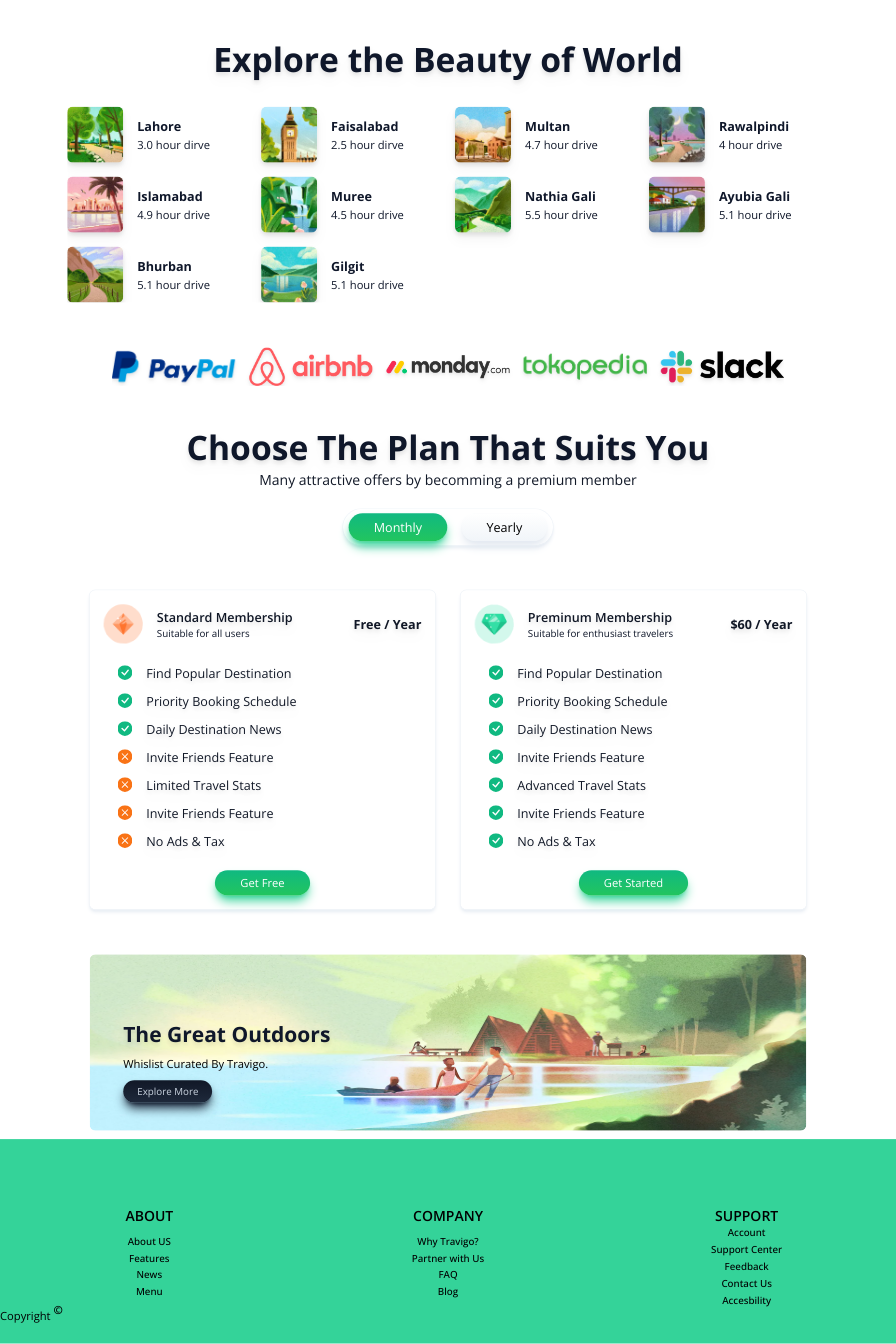
Repository: ThiAlbani83/travigo-travel-app
Page: /
These files come from the project's save history. The page is drawn as it stood at one moment and after the next save; the edit follows.
The browser window is 1280 px wide. The pictures show the part of the page from y = 1575 to 3495 px (the page is 3495 px tall), at 70% of full size.
The project was rebuilt for these pictures with package versions that can differ from the ones it lists, and the page was loaded fresh each time. Also part of the build but not shown: vite.config.js.

Above is the page before, as saved 2023-03-22 10:54:02.

### src/main.jsx
import React from 'react'
import ReactDOM from 'react-dom/client'
import App from './App'
import './index.css'
import { BrowserRouter } from 'react-router-dom'

ReactDOM.createRoot(document.getElementById('root')).render(
  <React.StrictMode>
    <BrowserRouter>
      <App />
    </BrowserRouter>

  </React.StrictMode>,
)

### src/App.jsx
import React from 'react'
import { Navbar, Hero, Footer, Memory, Explore, Advertise, Pricings, Banner } from './components'
import { hero, navlinks, memory, placesAPI, brands, pricingapi, bannerAPI, footerAPI } from './data/travigodata'

const App = () => {
  return (
    <>
      <Navbar navlinks={navlinks} />
      <Hero hero={hero} />
      <Memory memory={memory} />
      <Explore title='Explore the Beauty of World' placesAPI={placesAPI} />
      <Advertise brands={brands} />
      <Pricings pricingapi={pricingapi}/>
      <Banner bannerAPI={bannerAPI} />
      <Footer footerAPI={footerAPI} />
    </>
  )
}

export default App

### src/index.css
@import url('https://fonts.googleapis.com/css2?family=Open+Sans:wght@300;400;500;600;700;800&display=swap');

@tailwind base;
@tailwind components;
@tailwind utilities;

@layer base {
    *{
        margin: 0;
        padding: 0;
        font-family: 'Open Sans', sans-serif;
    }

    .scroll-hidden::-webkit-scrollbar{
        display: none !important;
    }


    .travigo-container {
        @apply w-[85vw] xl:w-[95vw] m-auto
    }


    .button-emerald {
        @apply bg-gradient-to-b from-emerald-500 to-green-500 shadow-lg shadow-emerald-400 rounded-full
        text-lg sm:text-sm px-9 py-1.5 transition-all duration-200 active:scale-90 text-white sm:w-48
    }

    .button-light {
        @apply bg-gradient-to-b from-white to-slate-100 shadow-lg rounded-full
        text-lg sm:text-sm px-9 py-1.5 transition-all duration-200 active:scale-90 text-black sm:w-48
    }

    .drop-shadow-emerald{
        filter: drop-shadow(0.1rem 0.1rem 1rem rgba(74 222 128 / 80%));
    }


    .showpopup {
        opacity: 1;
        visibility: visible;
        transform: skewY(0deg) translateY(10px);
    }

    .noshowpopup {
        opacity: 0;
        visibility: hidden;
        transform: skewY(3deg) translateY(-30px);
    }


}

### src/components/index.js
export { default as Navbar } from "./Navbar.jsx";
export { default as Hero } from "./Hero.jsx";
export { default as Memory } from "./Memory.jsx";
export { default as Explore } from "./Explore.jsx";
export { default as Advertise } from "./Advertise.jsx";
export { default as Pricings } from "./Pricings.jsx";
export { default as Banner } from "./Banner.jsx";
export { default as Footer } from "./Footer.jsx";

### src/data/travigodata.js
import dashboard from "../images/dashboard.png";
import memoryimg from "../images/memory.png";

import brand1 from "../images/brand1.png";
import brand2 from "../images/brand2.png";
import brand3 from "../images/brand3.png";
import brand4 from "../images/brand4.png";
import brand5 from "../images/brand5.png";

import place1 from "../images/img1.webp";
import place2 from "../images/img2.webp";
import place3 from "../images/img3.webp";
import place4 from "../images/img4.webp";
import place5 from "../images/img5.jpg";
import place6 from "../images/img6.webp";
import place7 from "../images/img7.webp";
import place8 from "../images/img8.webp";
import place9 from "../images/img9.webp";
import place10 from "../images/img10.webp";

import standardicon from "../images/standardicon.png";
import preminumicon from "../images/preminum.png";
import checkbox from "../images/checkbox.svg";
import uncheckbox from "../images/uncheckbox.svg";

import facebook from "../images/facebook.svg";
import instagram from "../images/instagram.svg";
import twitter from "../images/twitter.svg";
import youtube from "../images/youtube.svg";

import banner from "../images/banner.webp";

export const brands = [
  { iconSrc: brand1 },
  { iconSrc: brand2 },
  { iconSrc: brand3 },
  { iconSrc: brand4 },
  { iconSrc: brand5 },
];

export const navlinks = [
  { link: "Home", id: "home" },
  { link: "About", id: "about" },
  { link: "Explore", id: "explore" },
  { link: "Pricing", id: "pricing" },
  { link: "Contact", id: "contact" },
];

export const hero = {
  title: "Its a Gig World Out",
  subtitle: "Then, Go Explore",
  text: "We provide you always your dream places. We always make our customer happy by proving many choices.",
  btn1: "Get Started",
  btn2: "Get Demo",
  img: dashboard,
};

export const memory = {
  title: "Sweet Memories",
  subtitle: "Come To Life Again",
  text: "What we have always taken care for 10 years is always prioritizing the comfort of our users. So, do not our quality.",
  img: memoryimg,
  experience: [
    { number: "10", title: "Year Experience" },
    { number: "400", title: "Year Collaboration" },
    { number: "30k+", title: "Happy Customer" },
  ],
};

export const placesAPI = [
  { placeImg: place1, location: "Lahore", distance: "3.0 hour dirve" },
  { placeImg: place2, location: "Faisalabad", distance: "2.5 hour dirve" },
  { placeImg: place3, location: "Multan", distance: "4.7 hour drive" },
  { placeImg: place4, location: "Rawalpindi", distance: "4 hour drive" },
  { placeImg: place5, location: "Islamabad", distance: "4.9 hour drive" },
  { placeImg: place6, location: "Muree", distance: "4.5 hour drive" },
  { placeImg: place7, location: "Nathia Gali", distance: "5.5 hour drive" },
  { placeImg: place8, location: "Ayubia Gali", distance: "5.1 hour drive" },
  { placeImg: place9, location: "Bhurban", distance: "5.1 hour drive" },
  { placeImg: place10, location: "Gilgit", distance: "5.1 hour drive" },
];

export const pricingapi = {
  title: "Choose The Plan That Suits You",
  text: "Many attractive offers by becomming a premium member",
  btn1: "Monthly",
  btn2: "Yearly",
  plans: [
    {
      planicon: standardicon,
      title: "Standard Membership",
      text: "Suitable for all users",
      plantype: "Free / Year",
      plancontent: [
        { iconbox: checkbox, text: "Find Popular Destination" },
        { iconbox: checkbox, text: "Priority Booking Schedule" },
        { iconbox: checkbox, text: "Daily Destination News" },
        { iconbox: uncheckbox, text: "Invite Friends Feature" },
        { iconbox: uncheckbox, text: "Limited Travel Stats" },
        { iconbox: uncheckbox, text: "Invite Friends Feature" },
        { iconbox: uncheckbox, text: "No Ads & Tax" },
      ],
      buttonText: "Get Free",
    },
    {
      planicon: preminumicon,
      title: "Preminum Membership",
      text: "Suitable for enthusiast travelers",
      plantype: "$60 / Year",
      plancontent: [
        { iconbox: checkbox, text: "Find Popular Destination" },
        { iconbox: checkbox, text: "Priority Booking Schedule" },
        { iconbox: checkbox, text: "Daily Destination News" },
        { iconbox: checkbox, text: "Invite Friends Feature" },
        { iconbox: checkbox, text: "Advanced Travel Stats" },
        { iconbox: checkbox, text: "Invite Friends Feature" },
        { iconbox: checkbox, text: "No Ads & Tax" },
      ],
      buttonText: "Get Started",
    },
  ],
};

export const bannerAPI = {
  title: "The Great Outdoors",
  text: "Whislist Curated By Travigo.",
  imgSrc: banner,
  btnText: "Explore More",
};

export const footerAPI = {
  titles: [{ title: "About" }, { title: "Company" }, { title: "Support" }],
  links: [
    [
      { link: "About US" },
      { link: "Features" },
      { link: "News" },
      { link: "Menu" },
    ],
    [
      { link: "Why Travigo?" },
      { link: "Partner with Us" },
      { link: "FAQ" },
      { link: "Blog" },
    ],
    [
      { link: "Account" },
      { link: "Support Center" },
      { link: "Feedback" },
      { link: "Contact Us" },
      { link: "Accesbility" },
    ],
  ],
  sociallinks: [
    { icon: facebook },
    { icon: instagram },
    { icon: twitter },
    { icon: youtube },
  ],
};

### src/components/Navbar.jsx
import React, { useState } from 'react'
import { NavLink } from 'react-router-dom'
import logo from '../images/logo.png'
import menu from '../images/menu.svg'
import PopupMenu from './PopupMenu'

const Navbar = ({ navlinks }) => {

  const [popupState, setPopupState] = useState(false)
  const onTriggerPopup = () => setPopupState(!popupState)

  return (
    <>
      <header className='flex items-center justify-center w-auto h-auto absolute top-7 left-0 right-0'>
        <nav className='flex items-center justify-between travigo-container'>
          <NavLink to={'/'} className='flex items-center' >
            <img src={logo} alt="logo/img" className=' w-20 h-9 object-fill' />
          </NavLink>
          <ul className='flex items-center lg:hidden gap-7'>
            {navlinks?.map((val, index) => (
              <li key={index}>
                <NavLink to={'#'} className='text-lg text-slate-900'>{val.link}</NavLink>
              </li>
            ))}
          </ul>
          <ul className='flex items-center lg:hidden'>
            <li><button type='button' className='button-emerald px-7 text-base py-1'>Join Us</button></li>
          </ul>
          <ul className='hidden lg:flex items-center'>
            <li>
              <button
              onClick={onTriggerPopup}
              type='button' className='flex items-center justify-center transition-all duration-200 active:scale-90 cursor-pointer'>
                <img src={menu} alt="menu/svg" className='object-cover shadow-sm filter' />
              </button>
            </li>
          </ul>
        </nav>
      </header>
      <PopupMenu navlinks={navlinks} popupState={popupState}/>
    </>
  )
}

export default Navbar

### src/components/Hero.jsx
import React from 'react'

const Hero = ({hero: {title, subtitle, btn1, btn2, text, img}}) => {
  return (
    <>
      <div className='flex flex-col bg-gradient-to-b from-emerald-200 to-white h-auto w-auto'>
        <div className='travigo-container grid items-start justify-items-center'>
          <div className='grid items-center justify-items-center mt-36 mb-16 md:mt-28 md:mb-12'>
            <h1 className='text-7xl font-bold lg:text-6xl md:text-5xl sm:text4xl xsm:text-3xl text-black filter drop-shadow-lg'>{title}</h1>
            <h1 className='text-7xl font-bold lg:text-6xl md:text-5xl sm:text4xl xsm:text-3xl text-black filter drop-shadow-lg'>{subtitle}</h1>
            <p className='text-base my-5 text-center sm:text-sm'>{text}</p>
            <div className='flex items-center justify-center gap-11 sm:gap-3 sm:flex-col sm:w-full'>
              <button type='button' className='button-emerald'>{btn1}</button>
              <button type='button' className='button-light'>{btn2}</button>
            </div>
          </div>
          <div className='flex items-center justify-center mb-11'>
            <img src={img} alt="dashboard/img" className='h-[85vh] w-full object-fill lg:h-[75vh] md:h-[57vh] sm:h-[35vh]
            sm:object-contain drop-shadow-emerald'/>
          </div>
        </div>
      </div>
    </>
  )
}

export default Hero

### src/components/Memory.jsx
import React from 'react'

const Memory = ({memory: {title, text, subtitle, img, experience}}) => {
  return (
    <>
        <div className='relative my-16 md:mb-7'>
            <div className='travigo-container flex items-center justify-between gap-16 xl:gap-9 lg:flex-col-reverse'>
                <div className='flex items-center justify-start lg:justify-center w-full max-w-md'>
                    <img src={img} alt="memory/img" className='w-auto h-[55vh] object-fill' />
                </div>
                <div className='grid items-center w-full max-w-2xl lg:text-center'>
                    <h1 className=' text-5xl lg:text-4xl md:text-3xl text-slate-900 filter drop-shadow-lg'>{title}</h1>
                    <h1 className=' text-5xl lg:text-4xl md:text-3xl text-slate-900 filter drop-shadow-lg'>{subtitle}</h1>
                    <p className='text-base my-5 sm:text-sm'>{text}</p>
                    <div className='grid items-center grid-cols-3 gap-7 xl:gap-3'>
                        {experience?.map((val, index) => (
                            <div key={index} className='bg-gradient-to-b from-emerald-500 to-green-300 shadow-lg
                            shadow-emerald-200 rounded-lg h-auto w-auto flex items-center justify-center
                            flex-col text-slate-900 py-7 px-5 xl:p-5 filter cursor-pointer hover:scale-105  duration-300 transition-all'>
                                <h1 className='text-3xl xl:text-2xl sm:text-xl font-bold drop-shadow-lg'>
                                    {val.number}
                                </h1>
                                <p className='text-lg xl:text-base sm:text-sm xsm:text-xs font-medium'>
                                    {val.title}
                                </p>
                            </div>
                        ))}
                    </div>
                </div>
            </div>
        </div>
    </>
  )
}

export default Memory

### src/components/Explore.jsx
import React from 'react'

const Explore = ({ title, placesAPI }) => {
    return (
        <>
            <div className='relative my-7 md:mt-3'>
                <div className='travigo-container'>
                    <div className='flex items-center justify-center text-center mb-11 md:mb-7'>
                        <h1 className='text-5xl lg:text-4xl md:text-3xl sm:text-2xl xsm:text-xl font-bold filter drop-shadow-lg text-slate-900'>{title}</h1>
                    </div>
                    <div className='grid items-center grid-cols-4 lg:grid-cols-3 md:grid-cols-2 gap-5 overflow-hidden'>
                        {placesAPI?.map((val, index) => (
                            <div key={index} className='flex items-center gap-5 sm:gap-3 rounded-lg hover:bg-emerald-300 transition-all duration-300 cursor-pointer hover:scale-105'>
                                <div className='flex items-center'>
                                    <img src={val.placeImg}
                                    alt={val.location}
                                    className='w-20 h-20 sm:w-16 sm:h-16 rounded-lg filter drop-shadow-lg'/>
                                </div>
                                <div className='flex items-start flex-col text-slate-900'>
                                    <h1 className='text-lg sm:text-sm font-bold'>{val.location}</h1>
                                    <p className='font-normal lg:text-sm text-base sm:text-xs'>{val.distance}</p>
                                </div>
                            </div>
                        ))}
                    </div>
                </div>
            </div>
        </>
    )
}

export default Explore

### src/components/Advertise.jsx
import React from 'react'

const Advertise = ({brands}) => {
  return (
    <>
        <div className='my-16 lg:my-7 w-9/12 lg:w-[85vw] m-auto flex items-center justify-between
        xl:gap-7 overflow-x-scroll scroll-smooth scroll-hidden'>
            {brands?.map((val, index) => (
                <img key={index}
                className='w-44 h-auto object-fill xl:w-36 lg:w-32 hover:scale-105 transition-all duration-300 cursor-pointer filter drop-shadow-md'
                src={val.iconSrc} alt='brands/icon'/>
            ))}
        </div>
    </>
  )
}

export default Advertise

### src/components/Pricings.jsx
import React from 'react'
import PriceCard from './PriceCard'

const Pricings = ({ pricingapi: { title, text, btn1, btn2, plans } }) => {
    return (
        <>
            <div className='my-16 relative'>
                <div className='travigo-container'>
                    <div className='grid items-center justify-items-center mb-11 md:mb-7 text-center gap-2'>
                        <h1 className='text-5xl lg:text-4xl md:text-3xl sm:text-2xl xsm:text-xl font-bold filter
                        drop-shadow-lg text-slate-900'>{title}</h1>
                        <p className='text-xl lg:text-sm text-gray-900'>{text}</p>
                        <div className='ring-1 ring-slate-100 rounded-full py-1.5 px-2 flex items-center justify-between gap-5 my-5 shadow-md shadow-slate-200'>
                            <button type='button' className='button-emerald sm:w-auto'>{btn1}</button>
                            <button type='button' className='button-light sm:w-auto shadow-slate-200 bg-slate-100'>{btn2}</button>
                        </div>
                    </div>
                    <div className='grid items-center grid-cols-2 md:grid-cols-1 w-full max-w-5xl md:max-w-md gap-9 lg:gap-5 m-auto'>
                        {plans?.map((plan, index) => (
                            <PriceCard key={index} plans={plan} />
                        ))}
                    </div>
                </div>
            </div>
        </>
    )
}

export default Pricings

### src/components/Banner.jsx
import React from 'react'

const Banner = ({bannerAPI: {title, text, btnText, imgSrc}}) => {
    return (
        <>
            <div className='relative w-full max-w-5xl mx-auto mt-0 mb-3 xl:w-[95vw] rounded-lg overflow-hidden'>
                <div className='relative flex items-center'>
                    <img src={imgSrc} alt="banner/api" className='h-[35vh] w-full rounded-lg'/>
                </div>
                <div className='absolute top-24 left-12 w-full flex flex-col items-start md:items-center md:justify-center md:left-0
                md:top-14 gap-3'>
                    <h1 className='text-3xl font-bold text-slate-900 drop-shadow-lg filter'>{title}</h1>
                    <p className='text-base sm:text-sm'>{text}</p>
                    <button type='button' className='py-1.5 px-5 bg-gradient-to-b from-gray-900 to-slate-800 text-slate-300
                    text-sm rounded-full shadow-lg shadow-slate-900 transition-all duration-300 active:scale-90'>
                        {btnText}
                    </button>
                </div>
            </div>
        </>
    )
}

export default Banner

### src/components/Footer.jsx
import React from 'react'
import { Link } from 'react-router-dom'

const Footer = ({ footerAPI: { titles, links, sociallinks } }) => {
  return (
    <>
      <footer className='bg-gradient-to-b from bg-emerald-400 to-green-300 pt-24 pb-7'>
        <div className='grid items-center grid-cols-3 justify-center'>
          {titles?.map((val, index) => (
            <div key={index} className='grid items-center justify-center'>
              <h1 className='text-xl lg:text-base uppercase font-semibold'>
                {val.title}
              </h1>
            </div>
          ))}
          {links?.map((list, index) => (
            <ul key={index} className='grid items-center justify-items-center gap-1'>
              {list?.map((val, index) => (
                <li key={index} className='font-medium text-sm sm:text-xs'>
                  <Link to={'#'}>
                    {val.link}
                  </Link>
                </li>
              ))}

            </ul>
          ))}
        </div>
        <div className=''>
              <div></div>
              <div>
                <p>Copyright <sup className='text-base font-bold'>&copy;</sup></p>
                <div></div>
              </div>
        </div>
      </footer>
    </>
  )
}

export default Footer

### src/components/PopupMenu.jsx
import React from 'react'
import { NavLink } from 'react-router-dom'

const PopupMenu = ({ navlinks, popupState }) => {
    return (
        <>
            <nav className={`fixed top-14 right-14 bg-white bg-opacity-70 opacity-100 z-50 backdrop-filter
        backdrop-blur-md rounded-lg w-44 h-auto py-5 px-6 hidden lg:flex items-center
        justify-center transition-transform duration-300 ${popupState ? 'lg:showpopup' : 'noshowpopup'}`}>
                <ul className='flex items-start flex-col gap-3'>
                    {navlinks?.map((val, index) => (
                        <li key={index}>
                            <NavLink to={`#`}>
                                {val.link}
                            </NavLink>
                        </li>
                    ))}
                    <li>
                        <button type='button' className='button-light sm:w-auto rounded-lg shadow-slate-300'>
                            Join Us
                        </button>
                    </li>
                </ul>
            </nav>
        </>
    )
}

export default PopupMenu

### src/components/PriceCard.jsx
import React from 'react'

const PriceCard = ({ plans: { planicon, title, text, plantype, plancontent, buttonText } }) => {
  return (
    <>
      <div className='p-5 rounded-lg bg-slate-50/5 ring-1 ring-slate-100 shadow-md shadow-slate-200'>
        <div className='flex items-center justify-between'>
          <div className='flex items-center gap-5'>
            <div className='grid items-center'>
              <img src={planicon} alt="planicon/image" className='w-14 h-14 lg:h-12 lg:w-12 object-cover' />
            </div>
            <div className='grid items-center'>
              <h1 className='text-gray-900 font-semibold text-lg filter drop-shadow-lg lg:text-base md:text-sm'>{title}</h1>
              <p className='text-slate-900 font-normal text-sm lg:text-xs'>{text}</p>
            </div>
          </div>
          <div className='grid items-center'>
            <h1 className='text-gray-900 font-bold text-lg filter drop-shadow-lg lg:text-base md:text-sm'>
              {plantype}
            </h1>
          </div>
        </div>
        <div className='h-[vh] bg-slate-200 my-7' />
        <div className='grid items-center gap-3 px-5'>
          {plancontent?.map((val, index) => (
            <div key={index} className='flex items-center justify-start gap-5'>
              <div className='grid items-center'>
                <img src={val.iconbox} alt="iconbox/svg" className='lg:w-5 lg:h-5' />
              </div>
              <div className=''>
                <h1 className='font-normal text-lg text-gray-900 filter drop-shadow-lg lg:text-base'>
                  {val.text}
                </h1>
              </div>
            </div>
          ))}
        </div>
        <div className='grid items-center justify-center mt-7'>
          <button type='button' className='button-emerald text-base'>
            {buttonText}
          </button>
        </div>
      </div>
    </>
  )
}

export default PriceCard

### tailwind.config.cjs
/** @type {import('tailwindcss').Config} */
module.exports = {
  content: [
    "./index.html",
    "./src/**/*.{js,ts,jsx,tsx}",
  ],
  theme: {
    extend: {},
    screens: {
      'xl': {'max':'1200px'},
      'lg': {'max':'991px'},
      'md': {'max':'767px'},
      'sm': {'max':'550px'},
      'xsm': {'max':'425px'},

    }
  },
  plugins: [],
}

Loaded but not shown: index.html (common file)

After the next save:
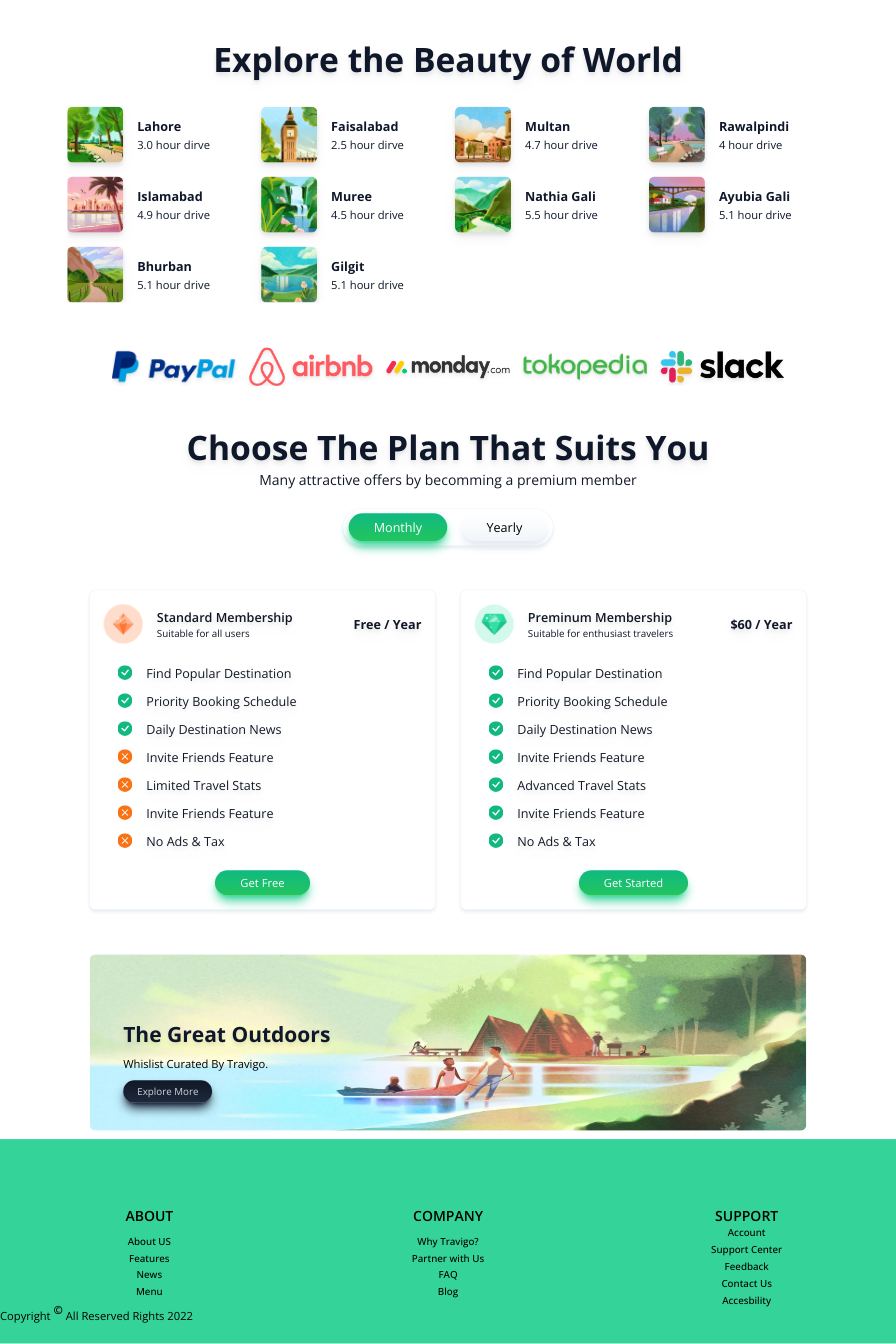
Saved 29 s later.
--- a/src/components/Footer.jsx
+++ b/src/components/Footer.jsx
@@ -29,7 +29,7 @@
         <div className=''>
               <div></div>
               <div>
-                <p>Copyright <sup className='text-base font-bold'>&copy;</sup></p>
+                <p>Copyright <sup className='text-base font-bold'>&copy;</sup> All Reserved Rights 2022 <span></span></p>
                 <div></div>
               </div>
         </div>
